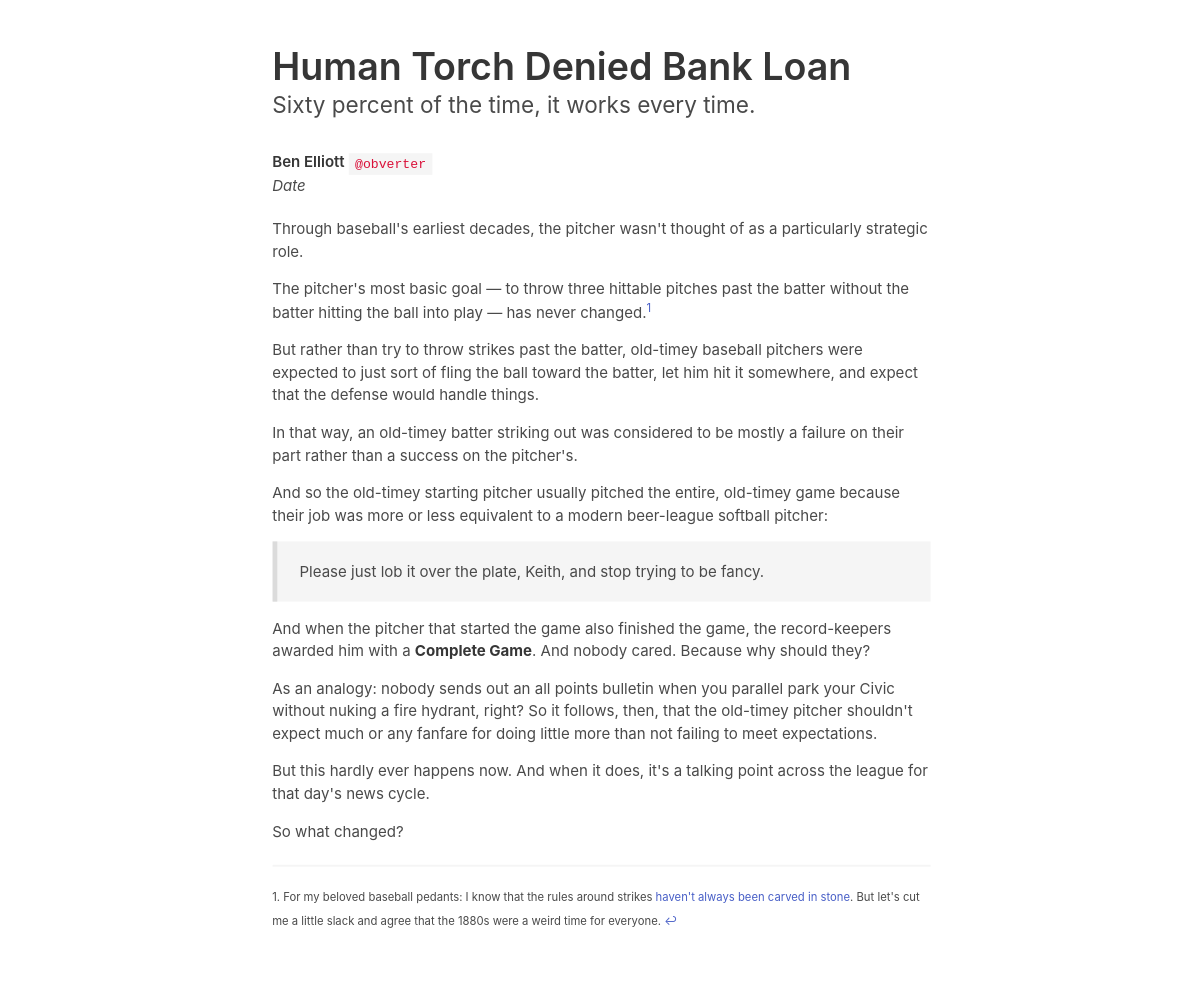
Repository: obverter/complete-games-are-done
Page: index.html
An editor plug-in stored every save of this project. The page is shown before and after the next save, followed by the edit.
The browser window is 1280 px wide. The pictures show the whole page, at 94% of full size.

Above is the page before, as saved 2022-06-24 16:41:55.

After the next save:
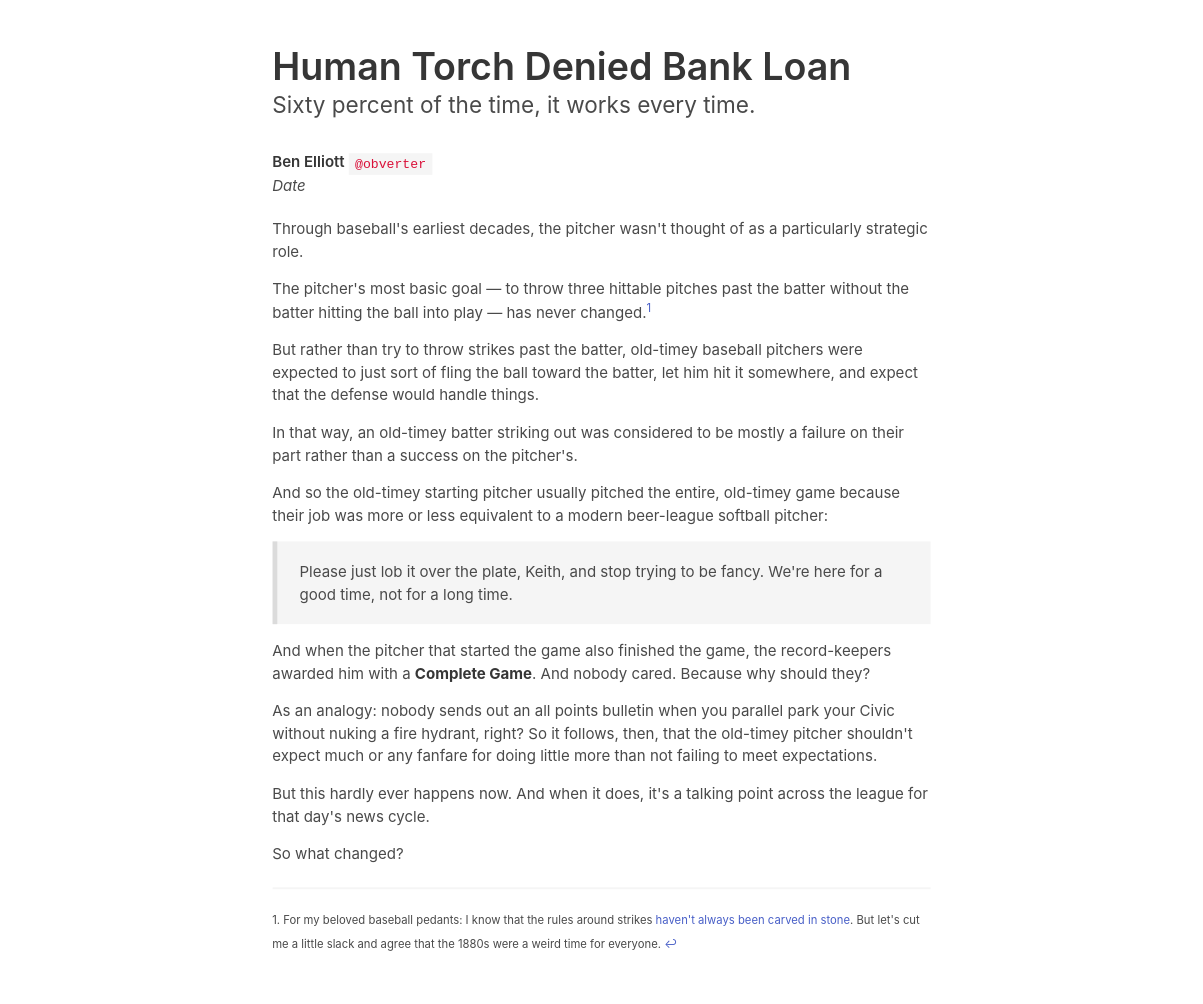
Saved 13 s later.
--- a/index.html
+++ b/index.html
@@ -59,7 +59,7 @@
                             And so the old-timey starting pitcher usually
                             pitched the entire, old-timey game because their job was more or less equivalent to a modern beer-league softball pitcher:
                         </p>
-                            <blockquote>Please just lob it over the plate, Keith, and stop trying to be fancy.</blockquote>
+                            <blockquote>Please just lob it over the plate, Keith, and stop trying to be fancy. We're here for a good time, not for a long time.</blockquote>
                         <p>
                             And when the pitcher that started the game also
                             finished the game, the record-keepers awarded him
